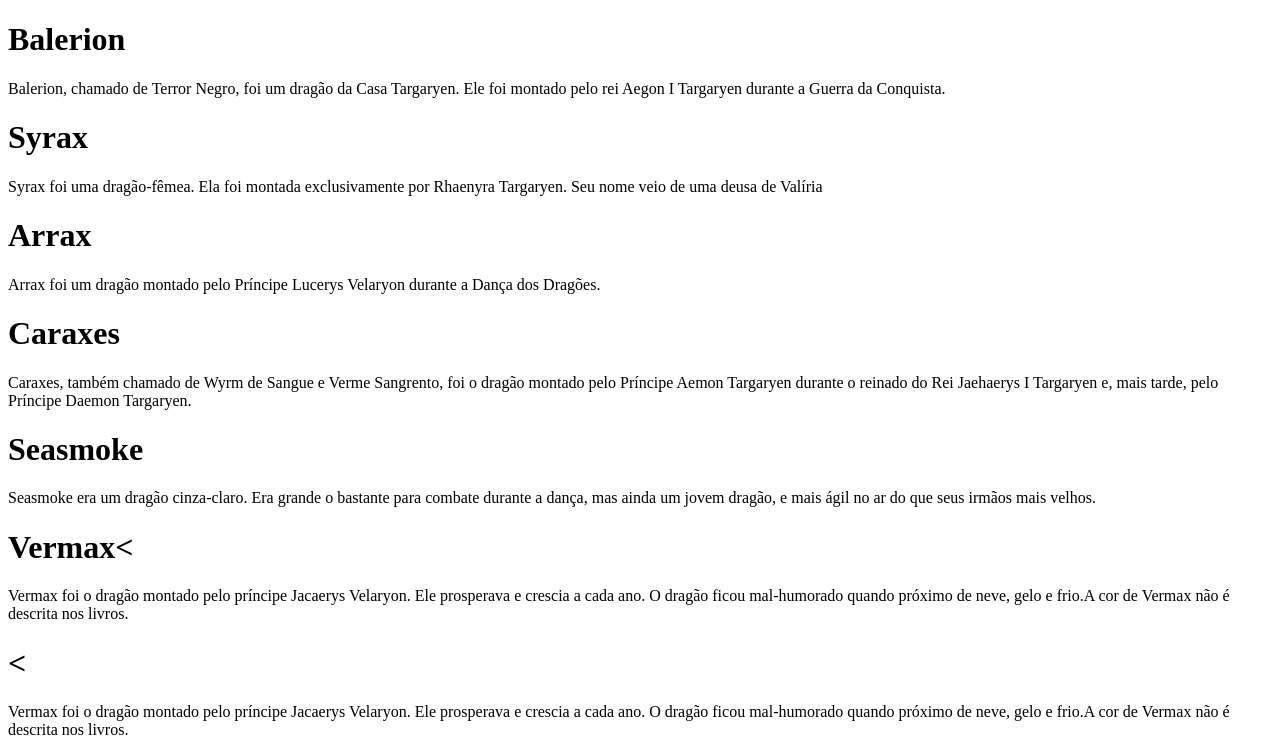
Repository: Caiquedev123/Dragaoes-progeto
Page: index.html
These files come from the project's save history. The page is drawn as it stood at one moment and after the next save; the edit follows.
The browser window is 1280 px wide. The pictures show the whole page.

Above is the page before, as saved 2024-08-09 11:23:56.

### index.html
<!DOCTYPE html>
<html lang="pt-br">
<head>
    <meta charset="UTF-8">
    <meta name="viewport" content="width=device-width, initial-scale=1.0">
    <title>House of Dragon</title>
</head>
<body>
    <main>
        <div class="conteudo">
            <div class="informacoes ativa">
                <h1>Balerion</h1>

                <p class="descricao">Balerion, chamado de Terror Negro, foi um dragão da Casa Targaryen. Ele foi montado pelo rei Aegon I Targaryen durante a Guerra da Conquista.</p>
            </div>

            <div class="informacoes ativa">
                <h1>Syrax</h1>

                <p class="descricao">Syrax foi uma dragão-fêmea. Ela foi montada exclusivamente por Rhaenyra Targaryen. Seu nome veio de uma deusa de
                    Valíria
              </p>
            </div>

            <div class="informacoes ativa">
                <h1>Arrax</h1>

                <p class="descricao">Arrax foi um dragão montado pelo Príncipe Lucerys Velaryon durante a Dança dos Dragões.</p>
            </div>

            <div class="informacoes ativa">
                <h1>Caraxes</h1>

                <p class="descricao">Caraxes, também chamado de Wyrm de Sangue e Verme Sangrento, foi o dragão montado pelo Príncipe Aemon Targaryen durante o reinado do Rei Jaehaerys I Targaryen e, mais tarde, pelo Príncipe Daemon Targaryen.</p>
            </div>

            <div class="informacoes ativa">
                <h1>Seasmoke</h1>

                <p class="descricao">Seasmoke era um dragão cinza-claro. Era grande o bastante para combate durante a dança, mas ainda um jovem dragão, e mais ágil no ar do que seus irmãos mais velhos.</p>
            </div>

            <div class="informacoes ativa">
                <h1>Vermax<</h1>

                <p class="descricao">Vermax foi o dragão montado pelo príncipe Jacaerys Velaryon. Ele prosperava e crescia a cada ano. O dragão ficou mal-humorado quando próximo de neve, gelo e frio.A cor de Vermax não é descrita nos livros.</p>
            </div>

            <div class="informacoes ativa">
                <h1><</h1>

                <p class="descricao">Vermax foi o dragão montado pelo príncipe Jacaerys Velaryon. Ele prosperava e crescia a cada ano. O dragão ficou mal-humorado quando próximo de neve, gelo e frio.A cor de Vermax não é descrita nos livros.</p>
            </div>


            <div class="botoes-carrossel">

            </div>
        </div>
    </main>
</body>
</html>

After the next save:
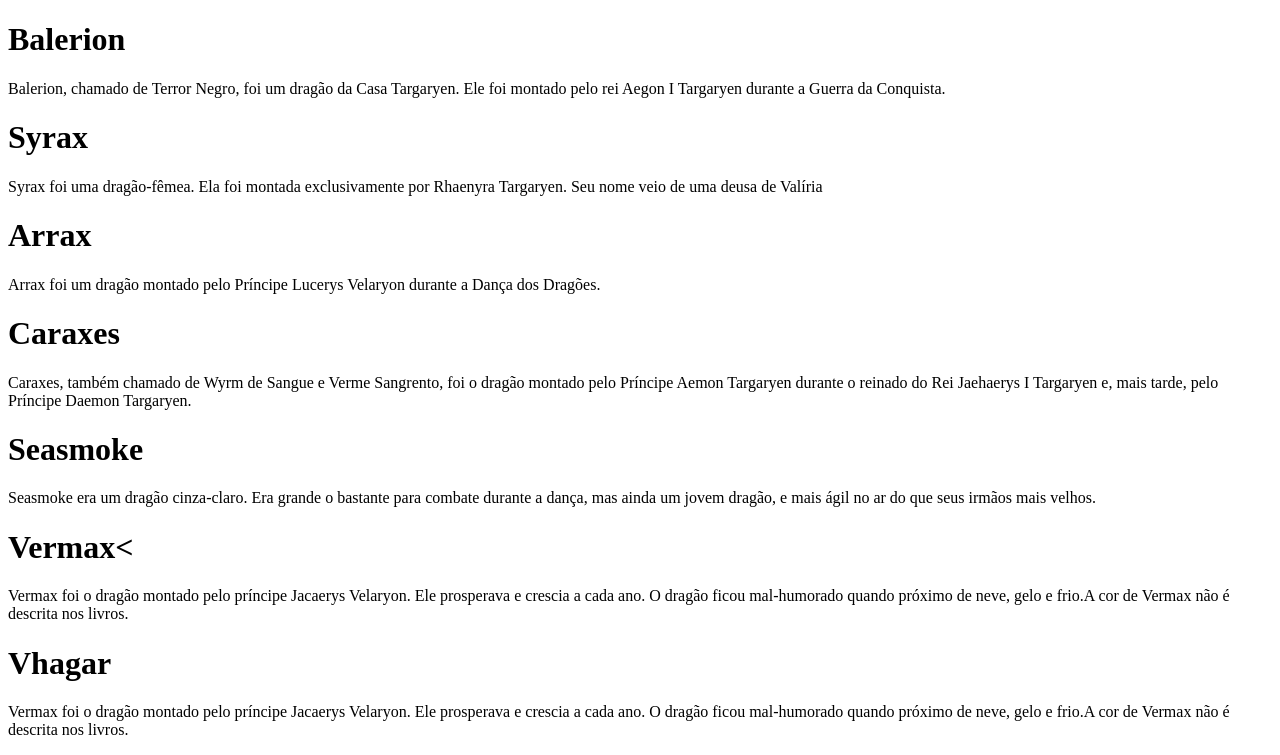
Saved 12 s later.
--- a/index.html
+++ b/index.html
@@ -47,7 +47,7 @@
             </div>
 
             <div class="informacoes ativa">
-                <h1><</h1>
+                <h1>Vhagar</h1>
 
                 <p class="descricao">Vermax foi o dragão montado pelo príncipe Jacaerys Velaryon. Ele prosperava e crescia a cada ano. O dragão ficou mal-humorado quando próximo de neve, gelo e frio.A cor de Vermax não é descrita nos livros.</p>
             </div>
